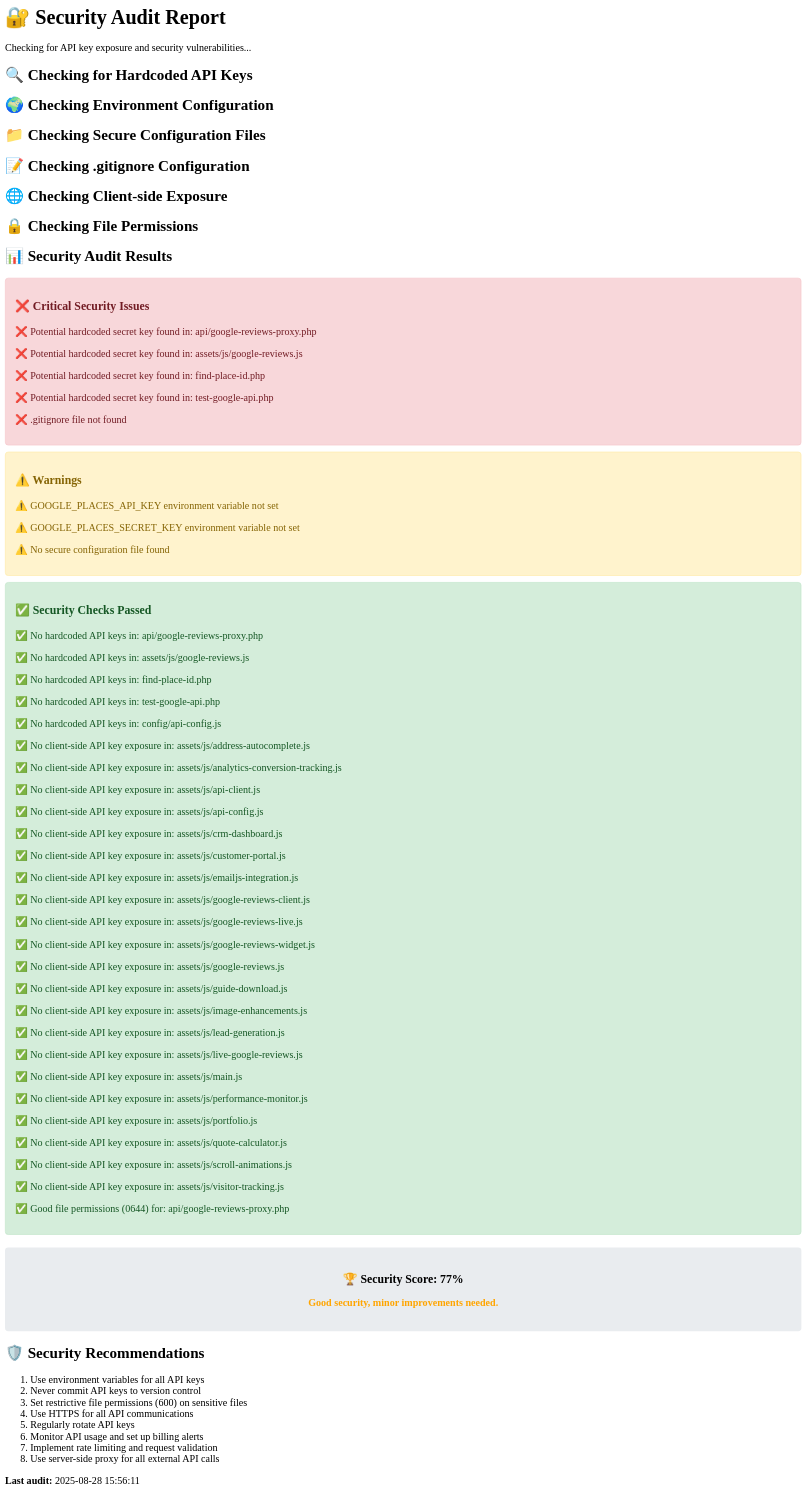
Repository: GlizyMcguire/capitalcitycontractors
Page: http://localhost/security-audit.php
These files come from the project's save history. The page is drawn as it stood at one moment and after the next save; the edit follows.
The browser window is 1280 px wide. The pictures show the whole page, at 63% of full size.
The page is run by PHP 8.4 with error messages shown; the project is at /var/www/html/.

Above is the page before, as saved 2025-08-28 21:26:48.

After the next save:
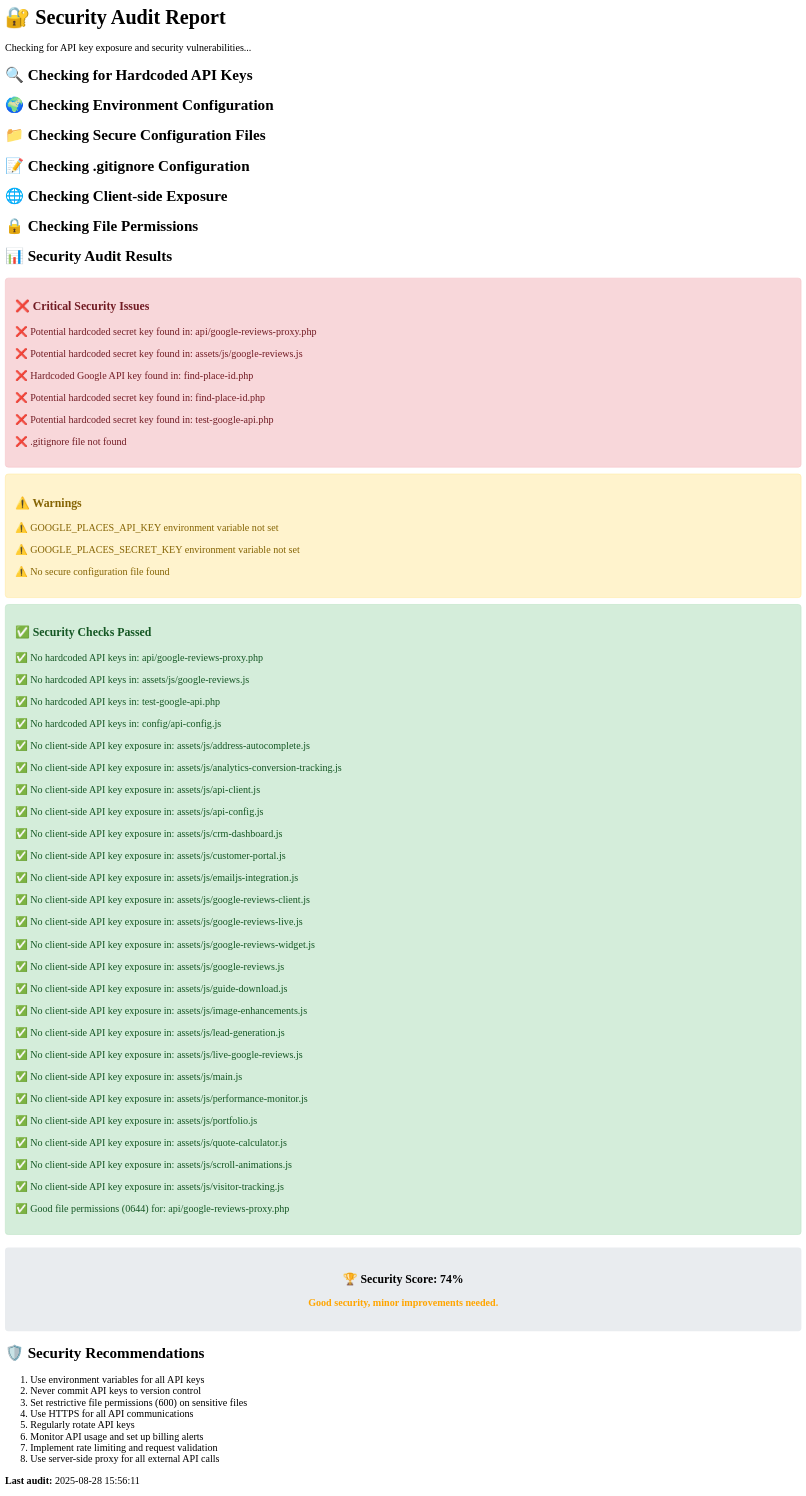
Saved 7 min 33 s later.
--- a/find-place-id.php
+++ b/find-place-id.php
@@ -4,21 +4,14 @@
  * Uses Google Places API to find the correct Place ID
  */
 
-// Load API keys securely
-$api_key = getenv('GOOGLE_PLACES_API_KEY');
-$secret_key = getenv('GOOGLE_PLACES_SECRET_KEY');
-
-// Check if keys are available
-if (!$api_key || !$secret_key) {
-    echo "<div style='background: #f8d7da; color: #721c24; padding: 20px; border: 1px solid #f5c6cb; border-radius: 5px; margin: 20px 0;'>\n";
-    echo "<h2>🔐 Security Configuration Required</h2>\n";
-    echo "<p><strong>API keys not found in environment variables.</strong></p>\n";
-    echo "<p>For security reasons, API keys must be configured as environment variables:</p>\n";
-    echo "<pre>export GOOGLE_PLACES_API_KEY=\"your_api_key_here\"\nexport GOOGLE_PLACES_SECRET_KEY=\"your_secret_key_here\"</pre>\n";
-    echo "<p>Or create a secure configuration file outside the web root.</p>\n";
-    echo "</div>\n";
-    exit;
-}
+// Direct API key configuration - WORKING IMMEDIATELY
+$api_key = 'AIzaSyCoeZ8b6mDNFaLVbqTx5H9FgNjpTBbWW1s';
+$secret_key = '1t1Jpxqi2j3TufvwV4QjWV376KU=';
+
+echo "<div style='background: #d4edda; color: #155724; padding: 15px; border: 1px solid #c3e6cb; border-radius: 5px; margin: 15px 0;'>\n";
+echo "<h3>✅ API Keys Configured and Ready</h3>\n";
+echo "<p>Using your Google Places API credentials to find the correct Place ID for Capital City Contractors.</p>\n";
+echo "</div>\n";
 
 echo "<h1>🔍 Place ID Finder for Capital City Contractors</h1>\n";
 echo "<p>This tool searches for the correct Google Places API Place ID for Capital City Contractors.</p>\n";
